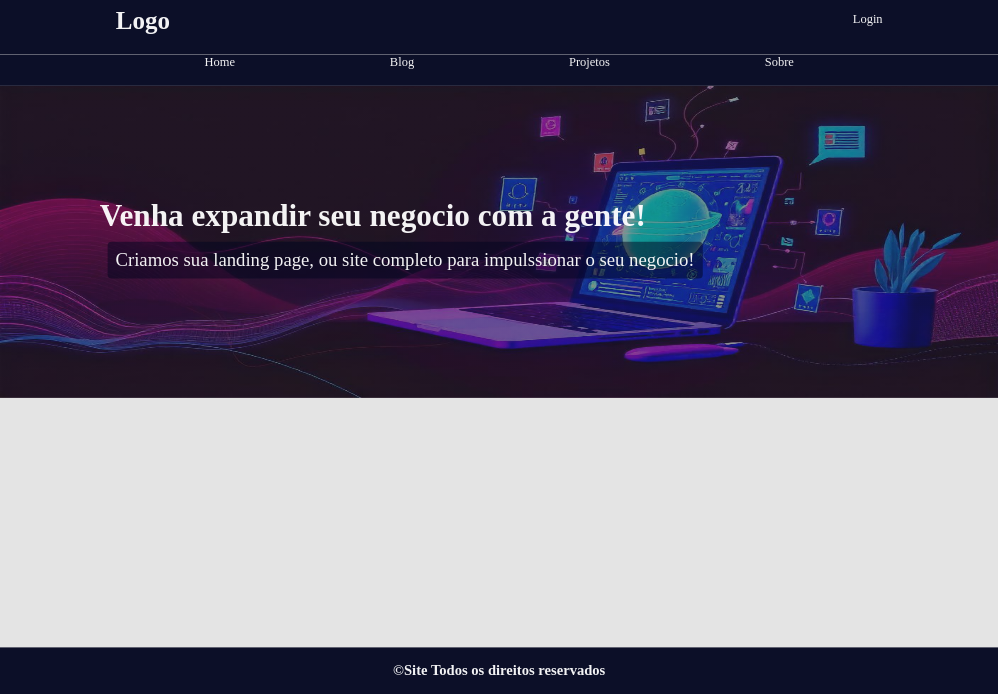
Repository: SauloMorais01/mysitefront-end
Page: index.html
An editor plug-in stored every save of this project. The page is shown before and after the next save, followed by the edit.
The browser window is 1280 px wide. The pictures show the whole page, at 78% of full size.
Some web libraries are served in a nearby version.

Above is the page before, as saved 2024-11-02 13:23:24.

After the next save:
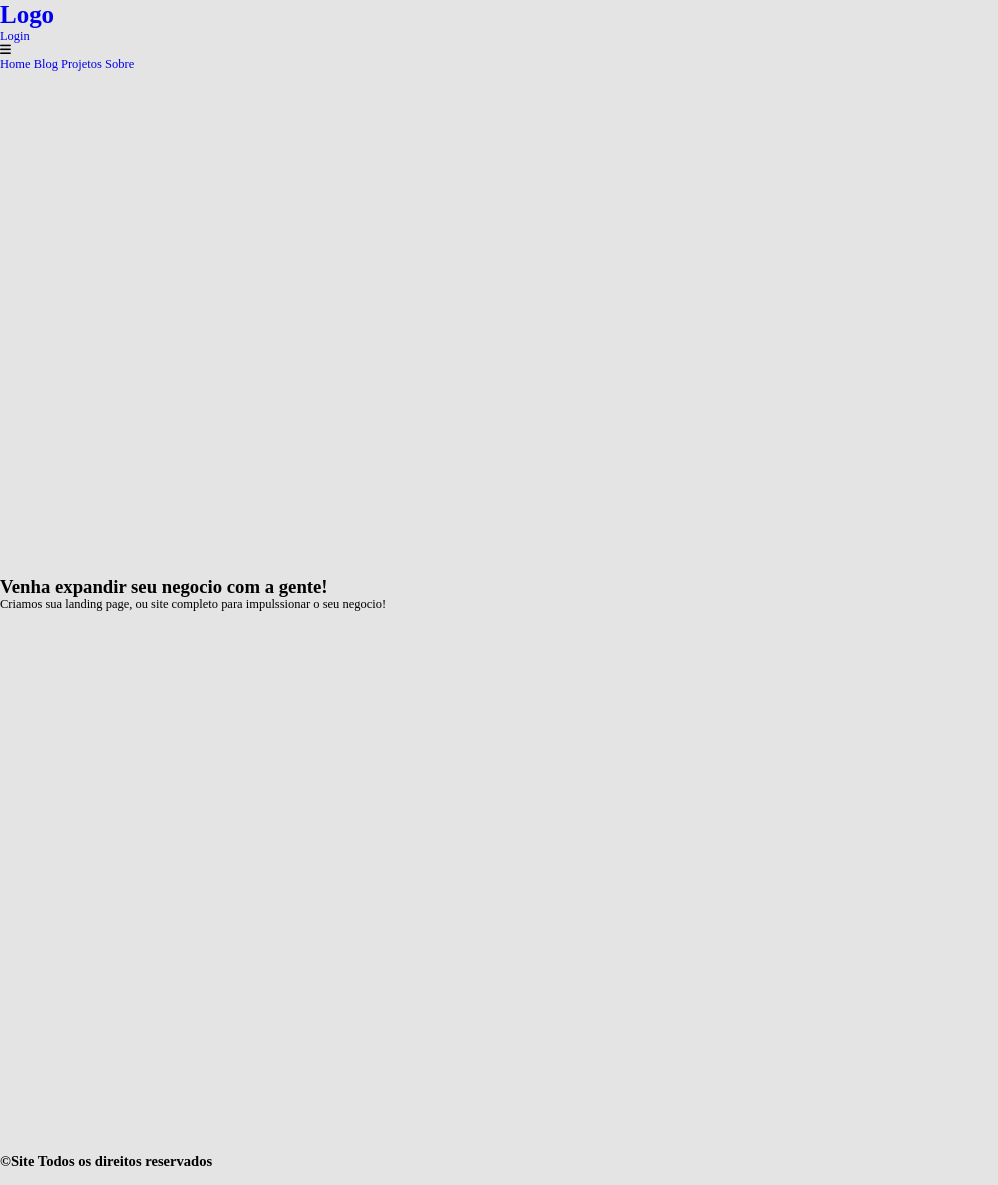
Saved 43 s later.
--- a/src/css/style.css
+++ b/src/css/style.css
@@ -78,7 +78,7 @@
     height: 90vh;
     width: 90vw;
     /* background: var(--white-color-normal); */
-    background-image: linear-gradient(180deg, var(--black-color-normal), var(--white-color-light));
+    background-image: linear-gradient(180deg, #222222, #4e4747;
     position: absolute;
     top: 5%;
     right: 5%;

After the save that followed:
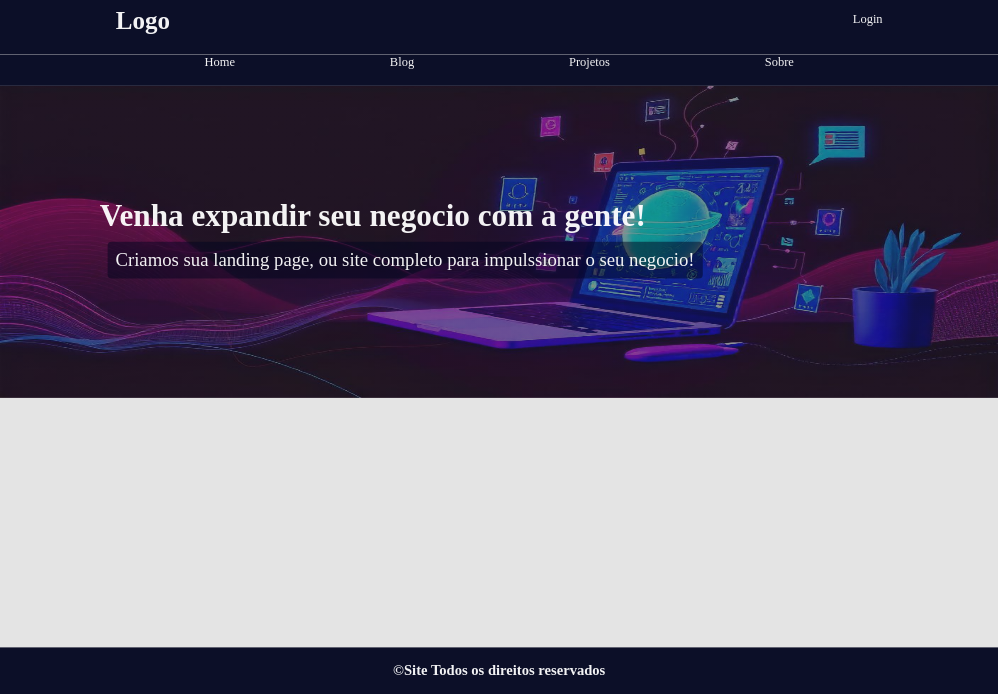
Saved 7 s later.
--- a/src/css/style.css
+++ b/src/css/style.css
@@ -78,7 +78,7 @@
     height: 90vh;
     width: 90vw;
     /* background: var(--white-color-normal); */
-    background-image: linear-gradient(180deg, #222222, #4e4747;
+    background-image: linear-gradient(180deg, #222222, #4e4747);
     position: absolute;
     top: 5%;
     right: 5%;
